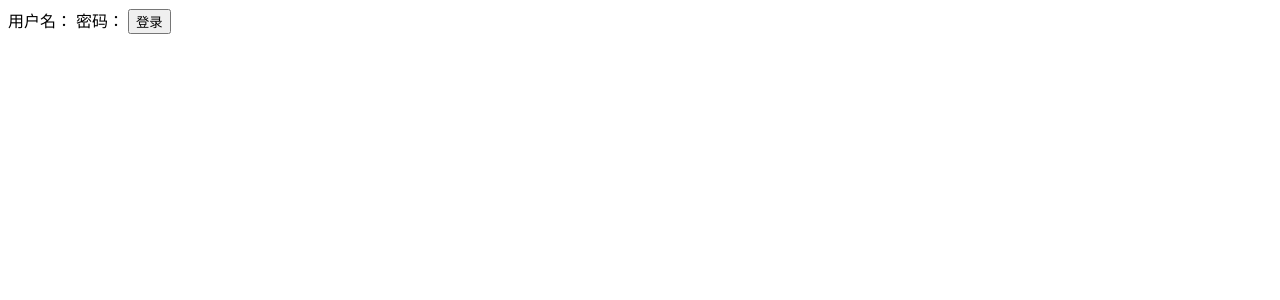
Repository: oliverwreath/java_camp_for_ecommerce
Page: http://localhost/servlet/login/login.jsp
These files come from the project's save history. The page is drawn as it stood at one moment and after the next save; the edit follows.
The browser window is 1280 px wide. The pictures show the whole page.
The page is served by Tomcat 9.

Above is the page before, as saved 2014-04-05 03:43:29.

After the next save:
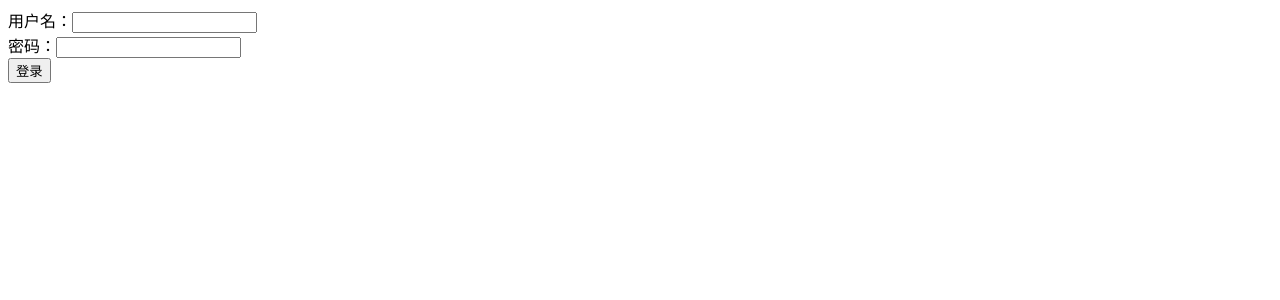
Saved 58 s later.
--- a/workspace/servlet/WebContent/login/login.jsp
+++ b/workspace/servlet/WebContent/login/login.jsp
@@ -7,9 +7,9 @@
 	<title>Insert title here</title>
 </head>
 <body>
-	<form>
-		用户名：
-		密码：
+	<form >
+		用户名：<input type=text name=uname/><br/>
+		密码：<input type=password name=pwd/><br/>
 		<input type=submit value="登录">
 	</form>
 </body>
